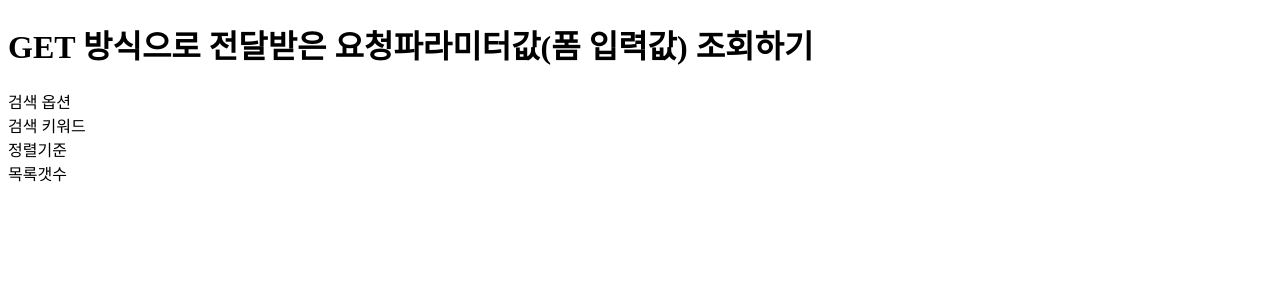
Repository: onuo77/ja_HTA
Page: http://localhost/sample/req/demo3-3.jsp
The author's editor kept a copy of each file at every save. The page is drawn from the files as they stood at one save, then again after the next save.
The browser window is 1280 px wide. The pictures show the whole page.
The page is served by Tomcat 9. Other server files are loaded and not shown.

Above is the page before, as saved 2021-05-20 05:33:24.

### java-web/sample/src/main/webapp/req/demo3-3.jsp
<%@ page language="java" contentType="text/html; charset=UTF-8"
    pageEncoding="UTF-8"%>
<!DOCTYPE html>
<html>
<head>
<meta charset="UTF-8">
<title>요청 파라미터값 조회하기</title>
</head>
<body>
	<h1>GET 방식으로 전달받은 요청파라미터값(폼 입력값) 조회하기</h1>

	<%
		//요청파라미터값 조회
		String opt = request.getParameter("opt");
		String keyword = request.getParameter("keyword");
		String order = request.getParameter("order");
		String rows = request.getParameter("rows");
	%>
	<dl>
		<dt>검색 옵션</dt><dd></dd>
		<dt>검색 키워드</dt><dd></dd>
		<dt>정렬기준</dt><dd></dd>
		<dt>목록갯수</dt><dd></dd>
	</dl>
</body>
</html>

After the next save:
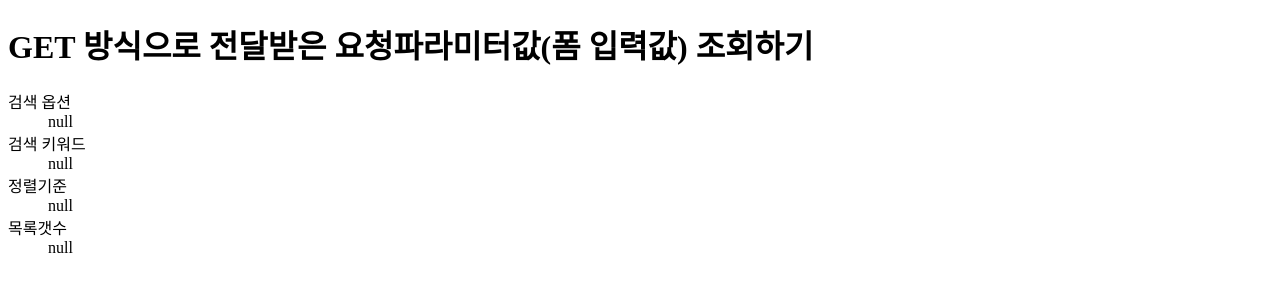
Saved 20 s later.
--- a/java-web/sample/src/main/webapp/req/demo3-3.jsp
+++ b/java-web/sample/src/main/webapp/req/demo3-3.jsp
@@ -17,10 +17,10 @@
 		String rows = request.getParameter("rows");
 	%>
 	<dl>
-		<dt>검색 옵션</dt><dd></dd>
-		<dt>검색 키워드</dt><dd></dd>
-		<dt>정렬기준</dt><dd></dd>
-		<dt>목록갯수</dt><dd></dd>
+		<dt>검색 옵션</dt><dd><%=opt %></dd>
+		<dt>검색 키워드</dt><dd><%=keyword %></dd>
+		<dt>정렬기준</dt><dd><%=order %></dd>
+		<dt>목록갯수</dt><dd><%=rows %></dd>
 	</dl>
 </body>
 </html>
